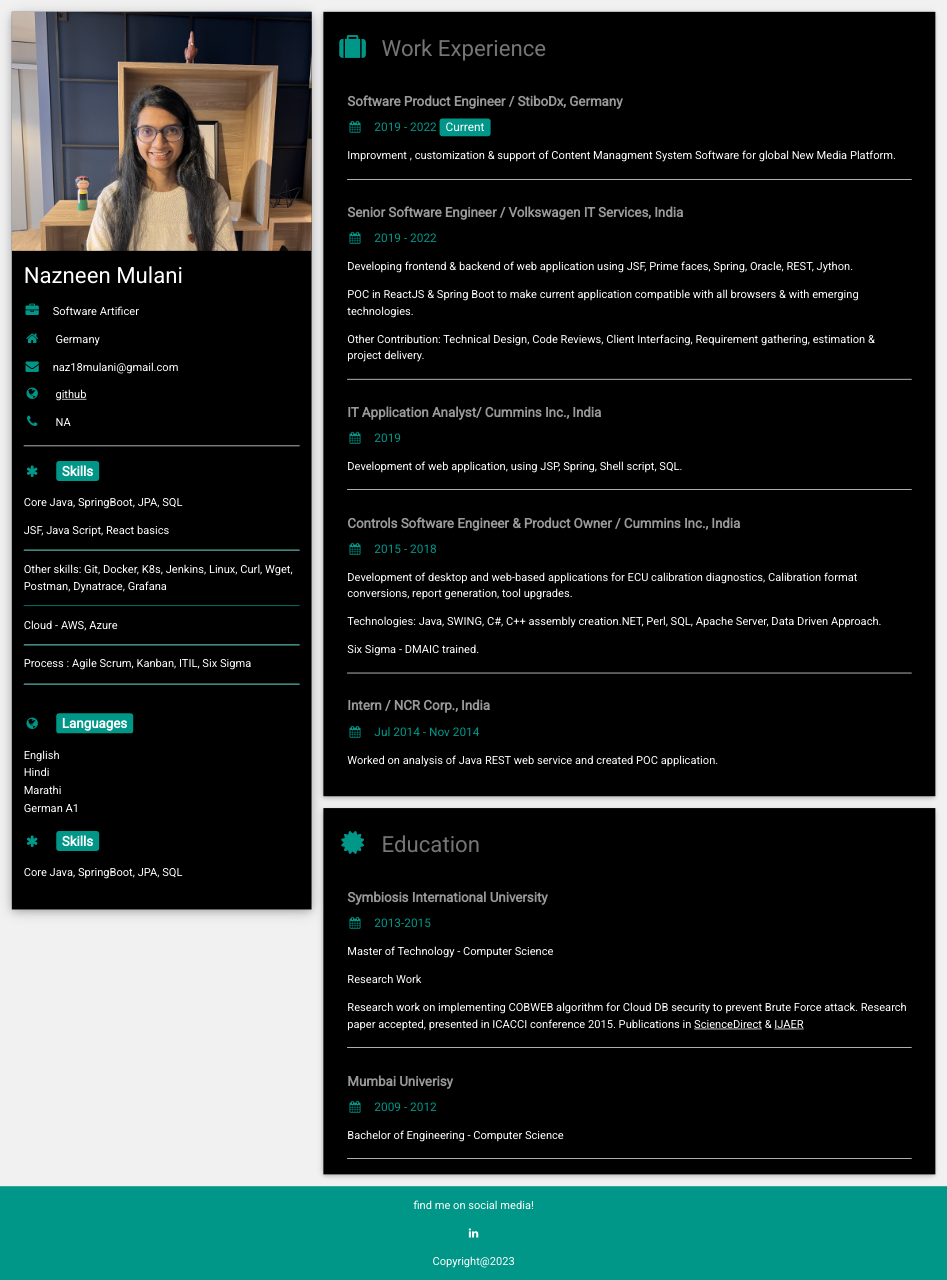
Repository: nazneenprojects/nazneen.github.io
Page: index.html
An editor plug-in stored every save of this project. The page is shown before and after the next save, followed by the edit.
The browser window is 1280 px wide. The pictures show the whole page, at 74% of full size.

Above is the page before, as saved 2023-07-09 11:53:07.

### index.html
<!DOCTYPE html>
<html>
<title>Nazneen Portfolio</title>
<meta charset="UTF-8">
<meta name="viewport" content="width=device-width, initial-scale=1">
<link rel="stylesheet" href="https://www.w3schools.com/w3css/4/w3.css">
<link rel='stylesheet' href='https://fonts.googleapis.com/css?family=Roboto'>
<link rel="stylesheet" href="https://cdnjs.cloudflare.com/ajax/libs/font-awesome/4.7.0/css/font-awesome.min.css">
<style>
html,body,h1,h2,h3,h4,h5,h6 {font-family: "Roboto", sans-serif}
</style>
<body class="w3-light-grey">

<!-- Page Container -->
<div class="w3-content w3-margin-top" style="max-width:1400px;">

  <!-- The Grid -->
  <div class="w3-row-padding">

    <!-- Left Column -->
    <div class="w3-third">

      <div class="w3-black w3-text-white w3-card-4">
        <div class="w3-display-container">
          <img src="IMG_NazneenM.JPG" style="width:100%" alt="Avatar">
          <div class="w3-display-bottomleft w3-container w3-text-black">
          </div>
        </div>
        <div class="w3-container">
          <h2>Nazneen Mulani</h2>
          <p><i class="fa fa-briefcase fa-fw w3-margin-right w3-large w3-text-teal"></i>Software Artificer</p>
          <p><i class="fa fa-home fa-fw w3-margin-right w3-large w3-text-teal"></i> Germany </p>
          <p><i class="fa fa-envelope fa-fw w3-margin-right w3-large w3-text-teal"></i>naz18mulani@gmail.com</p>
          <p><i class="fa fa-globe fa-fw w3-margin-right w3-large w3-text-teal"></i>
          <a href="https://github.com/nazneenprojects">github</a>
          </p>
          <p><i class="fa fa-phone fa-fw w3-margin-right w3-large w3-text-teal"></i> NA </p>
          <hr>

          <p class="w3-large"><b><i class="fa fa-asterisk fa-fw w3-margin-right w3-text-teal"></i> <span class="w3-tag w3-teal w3-round">Skills</span></b></p>
          <p>Core Java, SpringBoot, JPA, SQL</p>

          <p>JSF, Java Script, React basics</p>
          <div class="w3-light-grey w3-round-xlarge w3-small">
            <div class="w3-container w3-center w3-round-xlarge w3-teal" style="width:100%">
            </div>
          </div>
          <p>Other skills: Git, Docker, K8s, Jenkins, Linux, Curl, Wget, Postman, Dynatrace, Grafana</p>
          <div class="w3-light-grey w3-round-xlarge w3-small">
            <div class="w3-container w3-center w3-square-xlarge w3-teal" style="width:100%">
           </div>
          </div>
          <p>Cloud - AWS, Azure</p>
          <div class="w3-light-grey w3-round-xlarge w3-small">
            <div class="w3-container w3-center w3-round-xlarge w3-teal" style="width:100%">
            </div>
          </div>
          <p>Process : Agile Scrum, Kanban, ITIL, Six Sigma</p>
          <div class="w3-light-grey w3-round-xlarge w3-small">
            <div class="w3-container w3-center w3-round-xlarge w3-teal" style="width:100%">
            </div>
          </div>
          <br>

          <p class="w3-large w3-text-theme"><b><i class="fa fa-globe fa-fw w3-margin-right w3-text-teal"></i> <span class="w3-tag w3-teal w3-round">Languages</span></b></p>

          <div class="w3-light-grey w3-round-xlarge">
            <div class="w3-square-xlarge w3-black" style="height:24px;width:100%">English</div>
          </div>

          <div class="w3-light-grey w3-round-xlarge">
            <div class="w3-square-xlarge w3-black" style="height:24px;width:100%">Hindi</div>
          </div>

          <div class="w3-light-grey w3-round-xlarge">
            <div class="w3-square-xlarge w3-black" style="height:24px;width:100%">Marathi</div>
          </div>

          <div class="w3-light-grey w3-round-xlarge">
            <div class="w3-square-xlarge w3-black" style="height:24px;width:100%">German A1</div>
          </div>

          <p class="w3-large"><b><i class="fa fa-asterisk fa-fw w3-margin-right w3-text-teal"></i> <span class="w3-tag w3-teal w3-round">Skills</span></b></p>
          <p>Core Java, SpringBoot, JPA, SQL</p>

          <br>
        </div>
      </div><br>

    <!-- End Left Column -->
    </div>

    <!-- Right Column -->
    <div class="w3-twothird">

      <div class="w3-container w3-card w3-black w3-margin-bottom">
        <h2 class="w3-text-grey w3-padding-16"><i class="fa fa-suitcase fa-fw w3-margin-right w3-xxlarge w3-text-teal"></i>Work Experience</h2>
        <div class="w3-container">
          <h5 class="w3-opacity"><b>Software Product Engineer / StiboDx, Germany</b></h5>
          <h6 class="w3-text-teal"><i class="fa fa-calendar fa-fw w3-margin-right"></i>2019 - 2022 <span class="w3-tag w3-teal w3-round">Current</span></h6>
          <p> Improvment , customization & support of Content Managment System Software for global New Media Platform.</p>
          <hr>
        </div>
        <div class="w3-container">
          <h5 class="w3-opacity"><b>Senior Software Engineer / Volkswagen IT Services, India</b></h5>
          <h6 class="w3-text-teal"><i class="fa fa-calendar fa-fw w3-margin-right"></i>2019 - 2022</h6>
          <p>Developing frontend & backend of web application using JSF, Prime faces, Spring, Oracle, REST, Jython.</p>
          <p>POC in ReactJS & Spring Boot to make current application compatible with all browsers & with emerging technologies.</p>
          <p>Other Contribution: Technical Design, Code Reviews, Client Interfacing, Requirement gathering, estimation & project delivery.</p>
          <hr>
        </div>
        <div class="w3-container">
          <h5 class="w3-opacity"><b>IT Application Analyst/ Cummins Inc., India</b></h5>
          <h6 class="w3-text-teal"><i class="fa fa-calendar fa-fw w3-margin-right"></i>2019 </h6>
          <p>Development of web application, using JSP, Spring, Shell script, SQL.</p>
          <hr>
        </div>
        <div class="w3-container">
          <h5 class="w3-opacity"><b>Controls Software Engineer & Product Owner / Cummins Inc., India</b></h5>
          <h6 class="w3-text-teal"><i class="fa fa-calendar fa-fw w3-margin-right"></i>2015 - 2018</h6>
          <p>Development of desktop and web-based applications for ECU calibration diagnostics, Calibration format conversions, report generation, tool upgrades.</p>
          <p>Technologies: Java, SWING, C#, C++ assembly creation.NET, Perl, SQL, Apache Server, Data Driven Approach.</p>
          <p>Six Sigma - DMAIC trained.</p>
          <hr>
        </div>
        <div class="w3-container">
          <h5 class="w3-opacity"><b>Intern / NCR Corp., India</b></h5>
          <h6 class="w3-text-teal"><i class="fa fa-calendar fa-fw w3-margin-right"></i>Jul 2014 - Nov 2014</h6>
          <p>Worked on analysis of Java REST web service and created POC application. </p><br>
        </div>
      </div>

      <div class="w3-container w3-card w3-black">
        <h2 class="w3-text-grey w3-padding-16"><i class="fa fa-certificate fa-fw w3-margin-right w3-xxlarge w3-text-teal"></i>Education</h2>
        <div class="w3-container">
          <h5 class="w3-opacity"><b> Symbiosis International University</b></h5>
          <h6 class="w3-text-teal"><i class="fa fa-calendar fa-fw w3-margin-right"></i>2013-2015</h6>
          <p>Master of Technology - Computer Science</p>
          <p>Research Work</p>
          <p>
            Research work on implementing COBWEB algorithm for Cloud DB security to prevent Brute Force attack. Research paper accepted, presented in ICACCI conference 2015. Publications in

            <a href="https://www.sciencedirect.com/science/article/pii/S1877050915005359">ScienceDirect</a> &
            <a href="https://www.ripublication.com/Volume/ijaerv10n12.htm">IJAER</a>
          </p>
          <hr>
        </div>
        <div class="w3-container">
          <h5 class="w3-opacity"><b>Mumbai Univerisy</b></h5>
          <h6 class="w3-text-teal"><i class="fa fa-calendar fa-fw w3-margin-right"></i>2009 - 2012</h6>
          <p>Bachelor of Engineering - Computer Science</p>
          <hr>
        </div>
      </div>

    <!-- End Right Column -->
    </div>

  <!-- End Grid -->
  </div>

  <!-- End Page Container -->
</div>

<footer class="w3-container w3-teal w3-center w3-margin-top">

  <p>find me on social media!</p>
  <a href="https://www.linkedin.com/in/nazneen-mulani-05004012a/"> <i class="fa fa-linkedin w3-hover-opacity"></i></a>
  <p>Copyright@2023</p>
 <!--
  <i class="fa fa-facebook-official w3-hover-opacity"></i>
  <i class="fa fa-instagram w3-hover-opacity"></i>
  <i class="fa fa-snapchat w3-hover-opacity"></i>
  <i class="fa fa-pinterest-p w3-hover-opacity"></i>
  <i class="fa fa-twitter w3-hover-opacity"></i>
  <p>Powered by <a href="https://www.w3schools.com/w3css/default.asp" target="_blank">w3.css</a></p>
 -->
</footer>

</body>
</html>

After the next save:
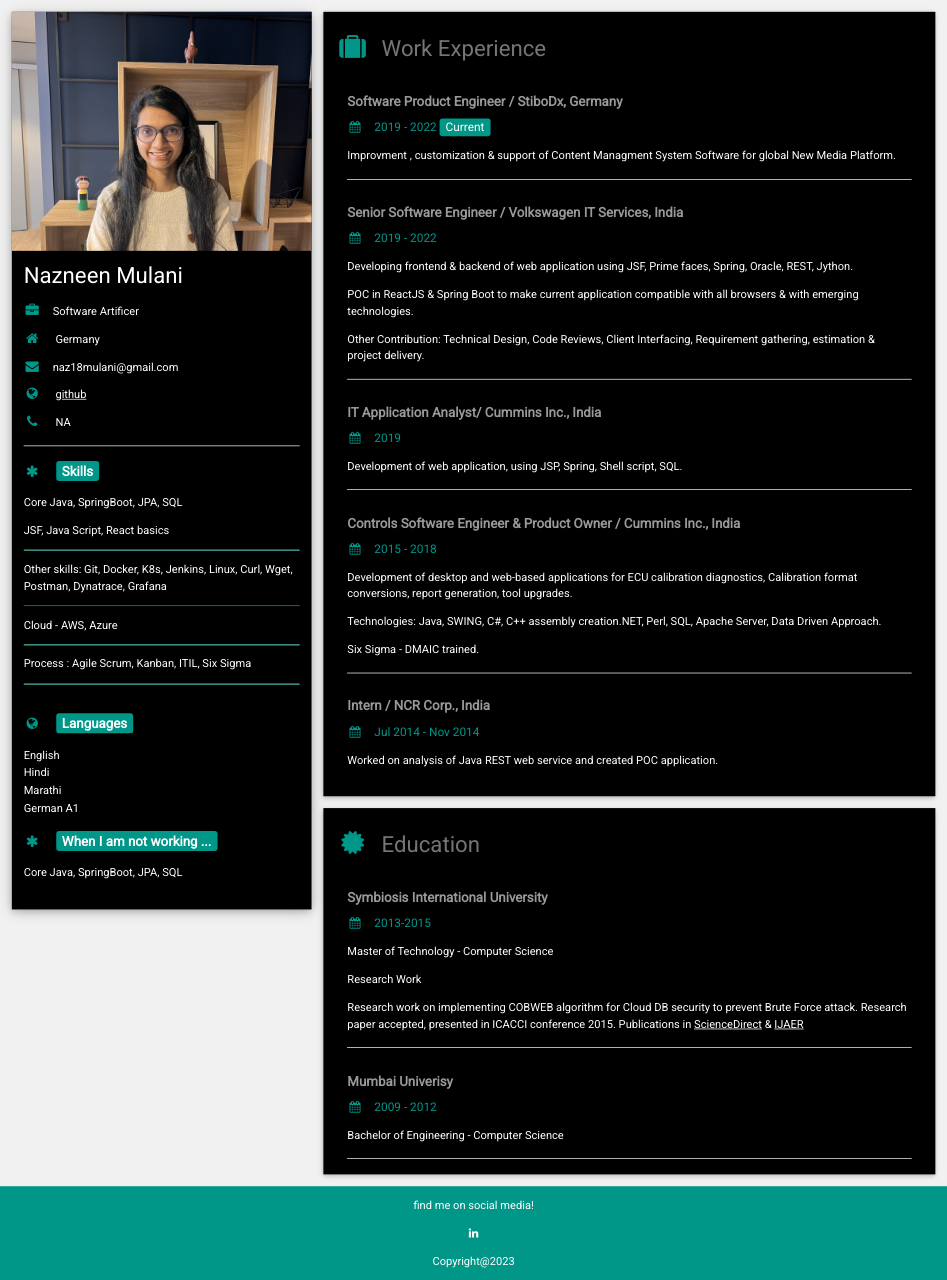
Saved 12 s later.
--- a/index.html
+++ b/index.html
@@ -80,7 +80,7 @@
             <div class="w3-square-xlarge w3-black" style="height:24px;width:100%">German A1</div>
           </div>
 
-          <p class="w3-large"><b><i class="fa fa-asterisk fa-fw w3-margin-right w3-text-teal"></i> <span class="w3-tag w3-teal w3-round">Skills</span></b></p>
+          <p class="w3-large"><b><i class="fa fa-asterisk fa-fw w3-margin-right w3-text-teal"></i> <span class="w3-tag w3-teal w3-round">When I am not working ...</span></b></p>
           <p>Core Java, SpringBoot, JPA, SQL</p>
 
           <br>
